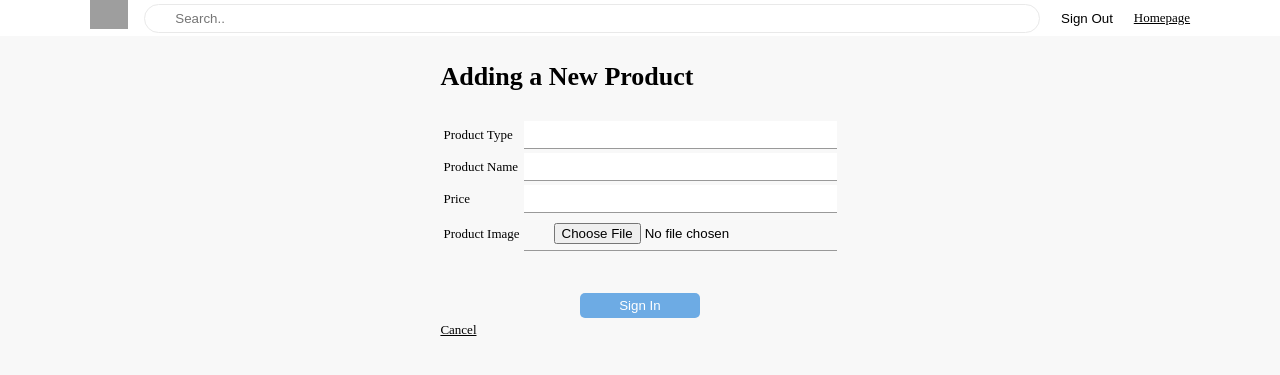
Repository: PhuongHuynh9987/Shopaholic-Ecommerce
Page: http://localhost/Shopaholic/WEB-INF/views/addnewproduct.jsp
An editor plug-in stored every save of this project. The page is shown before and after a run of saves, followed by the edit.
The browser window is 1280 px wide. The pictures show the whole page.
Pictures or frames that could not be fetched are drawn as grey boxes. The page is served by Tomcat 9. Nobody is signed in. Other server files are loaded and not shown. The template is opened directly, without the code that normally fills it, so the values that code supplies are empty.

Above is the page before, as saved 2024-01-30 01:12:25.

### Shopaholic/src/main/webapp/WEB-INF/views/addnewproduct.jsp
<%@ page language="java" contentType="text/html; charset=UTF-8"
    pageEncoding="UTF-8"%>


<!DOCTYPE html>
<%@page import="java.sql.*"%>
<%@ page import="java.io.*,java.util.*, javax.servlet.*"%>
<%@ page import="shopaholicjava.*"%>
<%@ page import = "javax.servlet.http.*" %>


<html>
<head>
<meta charset="UTF-8">
<!-- Favicon -->
<link rel = "icon" type = "image/x-icon" href = "asset/favicon.ico"/>
<!-- Font Awesome icons (free version) -->
<script src="https://use.fontawesome.com/releases/v5.15.4/js/all.js" crossorigin = "anonymous"></script>
<!--Google fonts  -->
<link href = "https://fonts.googleapis.com/css?family=Montserrat:400,700" rel="stylesheet" type = text/css />
<!-- Core theme CSS (bootstrap) -->
<link href = "style.css" rel="stylesheet"/>
<!-- <meta charset="ISO-8859-1"> -->
<title>Adding a New Product</title>
</head>
<body>
	<div class='body'>
		<div class='navbar'>
			<div class='logo'>
				<img src="images/logo.png" alt="logo">
			</div>
			<div class='searchbar'>
				<input type="text" placeholder="Search..">
			</div>

			<div>
				<form action="LogoutServlet">
					<input type = "hidden" name = "UserType" value = "Merchant">
					<button type="submit" class='signout'>Sign Out</button>
				</form>
			</div>

			<div class='homepage'>
				<a href="MerchantServlet">Homepage</a>
			</div>
		</div>

		<div>
			<h1>Adding a New Product</h1>
	        <form action="MerchantServlet" method="post" name="Form"  enctype = "multipart/form-data" onsubmit="return validateForm()">
	       		<input type="hidden" name="action" value="add">
				<table>
					<tr>
						<td>Product Type</td>
						<td><input type="text" name="productType" onkeypress="removeElert()"/></td>
					</tr>

					<tr>
						<td>Product Name</td>
						<td><input type="text" name="productName" onkeypress="removeElert()"/></td>
					</tr>
					<tr>
						<td>Price</td>
						<td><input type="text" name="price" onkeypress="removeElert()" /></td>
					</tr>

					<tr>
						<td>Product Image</td>
						<td><input type="file" name="imageFile" onkeypress="removeElert()"/></td>
					</tr>

				</table>
				<span class="emptyField">Please Fill In All Required Fields!</span>
				<div class="form-group form-button">
							<input type="submit" name = 'signin' id="signin" class ="form-submit" value ="Sign In" />
						</div>
			</form>
			<div class = "footer">
				<a href="MerchantServlet">Cancel</a>
			</div>
		</div>
	</div>

	<script  type="text/javascript">
	 	var emptyField = document.querySelector(".emptyField");

		function validateForm() {
		    var a = document.forms["Form"]["productType"].value;
		    var b = document.forms["Form"]["productName"].value;
		    var c = document.forms["Form"]["price"].value;
		    var d = document.forms["Form"]["imageFile"].value;

		    if ((a == null || a == "") || (b == null || b == "") || (c == null || c == "") || (d == null || d == "")) {
		    	emptyField.classList.add("active");
		    	return false;
		    }
		    else {
		    	return true;
		    }
		 }

		 function removeElert() {
			emptyField.classList.remove("active");
		 }

	</script>


</body>
</html>

### Shopaholic/src/main/webapp/style.css
@charset "UTF-8";

 /******** Global *********/
 input, select, textarea {
  outline: none;
/*   appearance: unset !important;
  -moz-appearance: unset !important;
  -webkit-appearance: unset !important;
  -o-appearance: unset !important;
  -ms-appearance: unset !important;  */
 }


html {
	box-sizing: border-box;
	margin: 0;
	padding:0;
	width:100%;
}

a{
  color : black;
  cursor: pointer;
}

button {
	 cursor: pointer;
}

figure {
  margin-bottom: 50px;
  text-align: center; }

body {
  font-size: 13px;
  line-height: 1.8;
/*   color: #222; */
  background: #f8f8f8;
  font-weight: 400;
  font-family: Poppins;
  margin: 0;
}

 input {
  width: 100%;
  display: block;
  border: none;
  border-bottom: 1px solid #999;
  padding: 6px 30px;
  box-sizing: border-box;

}

.main {
  padding: 50px 0;
}

hr {
	width:100%;
	text-align:left;
	margin-left:0;
 }


  /************ Nav Bar ************/
.navbar {
  display: flex;
  background: #fff;
  gap: 1rem;
  justify-content: center;
  align-items: center;
  width:100%;
 }

 .logo img {
 	width: 2.4rem;
 	margin:0;
 	padding:0;
 }

 .logo {
  overflow: fit-content;
 }

.searchbar {
  	width: 70%;
  }
.searchbar input {
  border-radius: 30px;
  border: 1px solid #e9e9e9;
 }

.cart, .signout {
	margin:0;
 	padding:0.3rem;
  	border:none;
  	background: #fff;
  	transition: 0.4s;
  }

.cart:hover,
.signout:hover {
  	background:#e9e9e9;
  	border-radius: 10px;
  	padding: 0.3rem;
}


  /******** Body for sign up and log in ******/
 .container {
 	display:flex;
 	flex-direction: column;
 	width: 900px;
 	background: #fff;
 	margin: 0 auto;
 	justify-content: center;
  	align-items:center;
 }

 .signin-content, .signup-content {
  display: flex;
  display: -webkit-flex;
  padding-top: 67px;
 }

.signin-image, .signup-image {
	width: 50%;
	overflow:hidden;
  	margin-top: 10px;
}

.signin-form {
  margin-right: 15rem;
  }

.signup-form {
   margin-left: 10rem;
 }

 #signin {
  margin-top: 16px;
 }

 .signin-image-link,
 .signup-image-link {
  font-size: 14px;
  color: #222;
  display: block;
  text-align: center;
  margin: rem 0;
 }

.form-button {
  text-align: center; }

.form-submit {
  display: inline-block;
  background: #6dabe4;
  color: #fff;
  border-bottom: none;
  width: auto;
  padding: 5px 39px;
  border-radius: 5px;
  -moz-border-radius: 5px;
  -webkit-border-radius: 5px;
  -o-border-radius: 5px;
  -ms-border-radius: 5px;
  margin-top: 25px;
  cursor: pointer; }

.form-submit:hover {
   background: #4292dc; }

.form-group {
	display: flex;
	justify-content: center;
  	align-items:center;
}

.toast-msg {
	opacity: 0;
	color: red;
	transition: 0.2s ease;
}

.toast-msg.active {
	opacity: 1;
}

/* #UserName:not(:placeholder-shown)#UserName:not(:focus)+label {
	border-color: #96c477
}
   */


  /*********** User home page **********/

.product-area {
   display: grid;
  	grid-template-columns: 2fr 2fr 2fr 2fr;
  	margin:4rem;
  	gap: 2rem;
  }

.product {
  	box-shadow: 8px 8px  15px #c7c7c7;
  	padding: 10px;
  	text-align: center;
  	background: #fff
  }

.product img {
  	width: 11rem;
  	height: 10rem;
  	overflow: hidden;
  }

.product-bottom {
  	display:flex;
  	justify-content: center;
  	align-items: center;
  	justify-content:space-between;
  	gap: 1.2rem;
  }

.buttons {
	display:flex;
	justify-content: center;
  	align-items: start;
}

.addToCart {
	color: #6f6f6f;
	border: 1.9px solid #e6e6e6;
	background: #fff;
	padding: 7px;
}

.viewItem {
	color: #9ae6bb;
	border: 1.9px solid #9ae6bb;
	background: #fff;
	padding: 7px;
}

 .shopping-cart {
	display:grid;
	width: 50%;
	background: #fff;
	padding: 0 1rem;
 }

 .shopping-cart .top {
 	display:flex;
 	justify-content: space-between;
 	align-items: center;
 }

 .shopping-cart .items {
 	display:flex;
 	justify-content: space-between;
 	margin-top: 2rem;
 }

.shopping-cart .items .right{
 	text-align: right;
 }

.items .image {
	display:flex;
	justify-content:center;
	align-items:center;
}

 .items img {
 	width: 8rem;
 }

 .cartCancel {
 	border:none;
 	background-color: #fff;
 	font-weight: bolder;
 	margin-bottom: 1.3rem;
 }



 /* View Product information */
  .product-info{
  	display: flex;
  	justify-content:center;
	align-items:center;
  	width: 50rem;
  	height: 30rem;
  	gap:2rem;
  }

  .product-detail {
  	height: 20rem;
  }

  .product-detail div {
  	display: flex;
  	justify-content:space-between;
	align-items:center;
  }

.product-info img {
    width: 20rem;
    height: 20rem;
    margin-top:20px;
}


 .review {
 	margin: 6rem 0;
 }
 .review input{
 	width: 40rem;
 	height: 5rem;
  }

  /************* Merchants ************/
.body {
  display: flex;
  flex-direction: column;
  justify-content: center;
  align-items:center;
  width: auto;
  }

.addProduct {
	padding: 0.7rem;
	margin-bottom: 2rem;
	background: #e85f60;
	color: #fff;
	border-radius: 10px;

}

.footer {
	display: flex;
	justify-content: space-between;
	margin-top: 0;
	margin-bottom: 3rem;
}

.emptyField {
	color: red;
	opacity: 0;
}

.emptyField.active {
	opacity: 1;
}

After the next 3 saves:
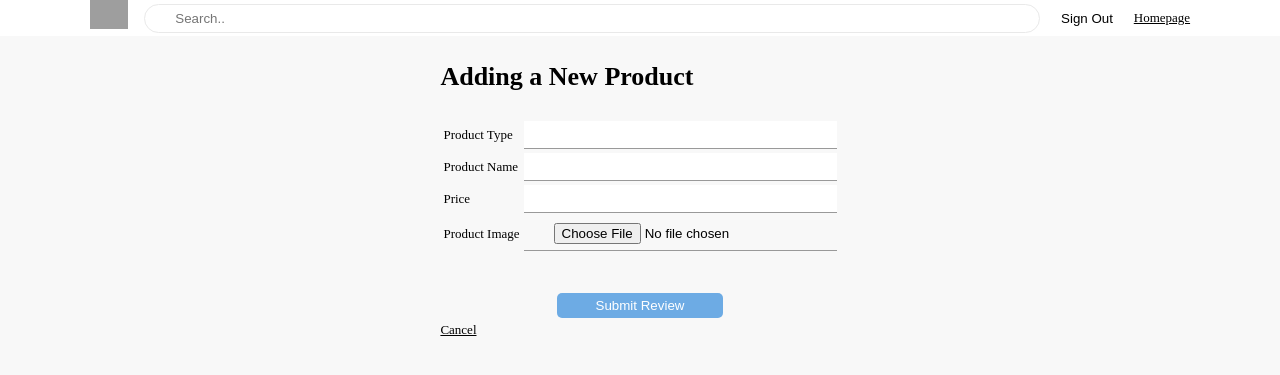
The 3 saves are shown as one change because they came seconds apart.
The last was saved 12 s later.
--- a/Shopaholic/src/main/webapp/WEB-INF/views/addnewproduct.jsp
+++ b/Shopaholic/src/main/webapp/WEB-INF/views/addnewproduct.jsp
@@ -71,9 +71,10 @@
 
 				</table>
 				<span class="emptyField">Please Fill In All Required Fields!</span>
+
 				<div class="form-group form-button">
-							<input type="submit" name = 'signin' id="signin" class ="form-submit" value ="Sign In" />
-						</div>
+					<input type="submit" name = 'signin' id="signin" class ="form-submit" value ="Submit Review" />
+				</div>
 			</form>
 			<div class = "footer">
 				<a href="MerchantServlet">Cancel</a>
